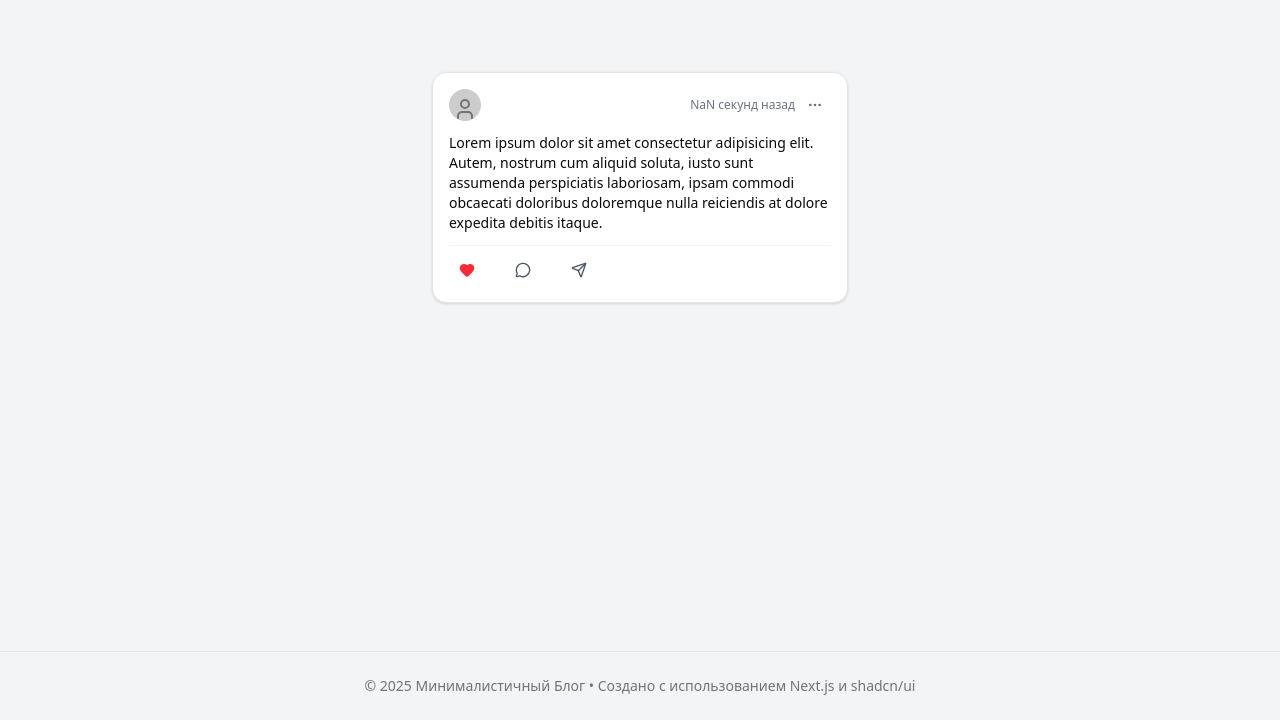
Repository: maxempolk/Telegram-channel
Page: /
An editor plug-in stored every save of this project. The page is shown before and after the next save, followed by the edit.
The browser window is 1280 px wide. The pictures show the whole page.
The project was rebuilt for these pictures with package versions that can differ from the ones it lists, and the page was loaded fresh each time. The framework's server and built-in components were replaced by stand-ins that run in the browser. Also part of the build but not shown: next.config.ts.

Above is the page before, as saved 2025-03-09 01:34:02.

### src/app/layout.tsx
import type { Metadata } from 'next';
import { Geist, Geist_Mono } from 'next/font/google';
import '@/app/globals.css';
import Header from '@/components/header/Header';
import Footer from '@/components/footer/Footer';

const geistSans = Geist({
  variable: '--font-geist-sans',
  subsets: ['latin'],
});

const geistMono = Geist_Mono({
  variable: '--font-geist-mono',
  subsets: ['latin'],
});

export const metadata: Metadata = {
  title: 'Create Next App',
  description: 'Generated by create next app',
};

export default function RootLayout({
  children,
}: Readonly<{
  children: React.ReactNode;
}>) {
  return (
    <html lang="en">
      <body className={`${geistSans.variable} ${geistMono.variable} antialiased`}>
        <div className="flex flex-col w-full h-screen overflow-x-hidden">
          <Header />
          <main className="container mx-auto py-6 grow">{children}</main>
          <Footer />
        </div>
      </body>
    </html>
  );
}

### src/app/page.tsx
import Post from '@/components/post/Post';

export default function Home() {
  const fake_post = {
    id: 1,
    title: 'post1',
    content:
      'Lorem ipsum dolor sit amet consectetur adipisicing elit. Autem, nostrum cum aliquid soluta, iusto sunt assumenda perspiciatis laboriosam, ipsam commodi obcaecati doloribus doloremque nulla reiciendis at dolore expedita debitis itaque.',
    createdAt: new Date(),
    updatedAt: new Date(),
    imagesUrl: ['afsfasafs'],
    tags: [] as string[],
  };
  return (
    <>
      <Post post={fake_post} />
    </>
  );
}

### src/app/globals.css
@import 'tailwindcss';

@plugin "tailwindcss-animate";

@custom-variant dark (&:is(.dark *));

@theme inline {
  --color-background: var(--background);
  --color-foreground: var(--foreground);
  --font-sans: var(--font-geist-sans);
  --font-mono: var(--font-geist-mono);
  --color-sidebar-ring: var(--sidebar-ring);
  --color-sidebar-border: var(--sidebar-border);
  --color-sidebar-accent-foreground: var(--sidebar-accent-foreground);
  --color-sidebar-accent: var(--sidebar-accent);
  --color-sidebar-primary-foreground: var(--sidebar-primary-foreground);
  --color-sidebar-primary: var(--sidebar-primary);
  --color-sidebar-foreground: var(--sidebar-foreground);
  --color-sidebar: var(--sidebar);
  --color-chart-5: var(--chart-5);
  --color-chart-4: var(--chart-4);
  --color-chart-3: var(--chart-3);
  --color-chart-2: var(--chart-2);
  --color-chart-1: var(--chart-1);
  --color-ring: var(--ring);
  --color-input: var(--input);
  --color-border: var(--border);
  --color-destructive-foreground: var(--destructive-foreground);
  --color-destructive: var(--destructive);
  --color-accent-foreground: var(--accent-foreground);
  --color-accent: var(--accent);
  --color-muted-foreground: var(--muted-foreground);
  --color-muted: var(--muted);
  --color-secondary-foreground: var(--secondary-foreground);
  --color-secondary: var(--secondary);
  --color-primary-foreground: var(--primary-foreground);
  --color-primary: var(--primary);
  --color-popover-foreground: var(--popover-foreground);
  --color-popover: var(--popover);
  --color-card-foreground: var(--card-foreground);
  --color-card: var(--card);
  --radius-sm: calc(var(--radius) - 4px);
  --radius-md: calc(var(--radius) - 2px);
  --radius-lg: var(--radius);
  --radius-xl: calc(var(--radius) + 4px);
}

body {
  background-color: var(--background);
}

:root {
  --background: oklch(96.7% 0.0029 264.54);
  --foreground: oklch(0.145 0 0);
  --card: oklch(1 0 0);
  --card-foreground: oklch(0.145 0 0);
  --popover: oklch(1 0 0);
  --popover-foreground: oklch(0.145 0 0);
  --primary: oklch(0.205 0 0);
  --primary-foreground: oklch(0.985 0 0);
  --secondary: oklch(0.97 0 0);
  --secondary-foreground: oklch(0.205 0 0);
  --muted: oklch(0.97 0 0);
  --muted-foreground: oklch(0.556 0 0);
  --accent: oklch(0.97 0 0);
  --accent-foreground: oklch(0.205 0 0);
  --destructive: oklch(0.577 0.245 27.325);
  --destructive-foreground: oklch(0.577 0.245 27.325);
  --border: oklch(0.922 0 0);
  --input: oklch(0.922 0 0);
  --ring: oklch(0.708 0 0);
  --chart-1: oklch(0.646 0.222 41.116);
  --chart-2: oklch(0.6 0.118 184.704);
  --chart-3: oklch(0.398 0.07 227.392);
  --chart-4: oklch(0.828 0.189 84.429);
  --chart-5: oklch(0.769 0.188 70.08);
  --radius: 0.625rem;
  --sidebar: oklch(0.985 0 0);
  --sidebar-foreground: oklch(0.145 0 0);
  --sidebar-primary: oklch(0.205 0 0);
  --sidebar-primary-foreground: oklch(0.985 0 0);
  --sidebar-accent: oklch(0.97 0 0);
  --sidebar-accent-foreground: oklch(0.205 0 0);
  --sidebar-border: oklch(0.922 0 0);
  --sidebar-ring: oklch(0.708 0 0);
}

.dark {
  --background: oklch(0.145 0 0);
  --foreground: oklch(0.985 0 0);
  --card: oklch(0.145 0 0);
  --card-foreground: oklch(0.985 0 0);
  --popover: oklch(0.145 0 0);
  --popover-foreground: oklch(0.985 0 0);
  --primary: oklch(0.985 0 0);
  --primary-foreground: oklch(0.205 0 0);
  --secondary: oklch(0.269 0 0);
  --secondary-foreground: oklch(0.985 0 0);
  --muted: oklch(0.269 0 0);
  --muted-foreground: oklch(0.708 0 0);
  --accent: oklch(0.269 0 0);
  --accent-foreground: oklch(0.985 0 0);
  --destructive: oklch(0.396 0.141 25.723);
  --destructive-foreground: oklch(0.637 0.237 25.331);
  --border: oklch(0.269 0 0);
  --input: oklch(0.269 0 0);
  --ring: oklch(0.439 0 0);
  --chart-1: oklch(0.488 0.243 264.376);
  --chart-2: oklch(0.696 0.17 162.48);
  --chart-3: oklch(0.769 0.188 70.08);
  --chart-4: oklch(0.627 0.265 303.9);
  --chart-5: oklch(0.645 0.246 16.439);
  --sidebar: oklch(0.205 0 0);
  --sidebar-foreground: oklch(0.985 0 0);
  --sidebar-primary: oklch(0.488 0.243 264.376);
  --sidebar-primary-foreground: oklch(0.985 0 0);
  --sidebar-accent: oklch(0.269 0 0);
  --sidebar-accent-foreground: oklch(0.985 0 0);
  --sidebar-border: oklch(0.269 0 0);
  --sidebar-ring: oklch(0.439 0 0);
}

@layer base {
  * {
    @apply border-border outline-ring/50;
  }
  body {
    @apply bg-background text-foreground;
  }
}

### src/components/header/Header.tsx
const Header = () => {
  return (
    <header className="sticky container mx-auto py-4">
      {/* <h1 className="text-3xl font-bold tracking-tight mb-1">Teleblog</h1> */}
    </header>
  );
};

export default Header;

### src/components/footer/Footer.tsx
const Footer = () => {
  return (
    <footer className="border-t mt-12">
      <div className="container mx-auto py-6 text-center text-sm text-muted-foreground">
        © 2025 Минималистичный Блог • Создано с использованием Next.js и shadcn/ui
      </div>
    </footer>
  );
};

export default Footer;

### src/components/post/Post.tsx
import { Card, CardContent } from '@/components/ui/card';
import { Button } from '@/components/ui/button';
import { Heart, MessageCircle, Send, Bookmark, MoreHorizontal, User } from 'lucide-react';
import { FC } from 'react';
import { Post as PrismaPostType } from '@prisma/client';
import getTimeAgo from '@/utils/getTimeAgo';

interface PostProps {
  post: PrismaPostType;
}

const Post: FC<PostProps> = ({ post }) => {
  // const handleLike = (id: number) => {
  //   setPosts(
  //     posts.map(post => {
  //       if (post.id === id) {
  //         return {
  //           ...post,
  //           liked: !post.liked,
  //           likes: post.liked ? post.likes - 1 : post.likes + 1,
  //         };
  //       }
  //       return post;
  //     })
  //   );
  // };

  // const handleSave = (id: number) => {
  //   setPosts(
  //     posts.map(post => {
  //       if (post.id === id) {
  //         return { ...post, saved: !post.saved };
  //       }
  //       return post;
  //     })
  //   );
  // };

  return (
    <div className="flex flex-col gap-4 w-full max-w-md mx-auto p-4">
      <Card key={post.id}>
        <CardContent className="p-4">
          <div className="flex justify-between items-start mb-3">
            <div className="flex items-center gap-2">
              <div className="size-8 flex justify-center items-end rounded-full bg-black/20">
                <User className="text-muted-foreground size-6" />
              </div>
            </div>
            <div className="text-xs text-gray-500 flex items-center">
              {getTimeAgo(post.date)}
              <Button variant="ghost" size="icon" className="h-8 w-8 ml-1">
                <MoreHorizontal className="h-4 w-4" />
              </Button>
            </div>
          </div>

          <div className="text-sm mb-3">{post.content}</div>

          <div className="flex justify-between items-center pt-2 border-t border-gray-100">
            <div className="flex gap-4">
              <Button
                variant="ghost"
                size="sm"
                className="px-0 h-8 text-gray-600"
                // onClick={() => handleLike(post.id)}
              >
                {/* TODO: добавить проверку лайкнут ли пост */}
                <Heart className={`h-4 w-4 mr-1 ${true ? 'fill-red-500 text-red-500' : ''}`} />
                {/* <span className="text-xs">{post.likes}</span> */}
              </Button>
              <Button variant="ghost" size="sm" className="px-0 h-8 text-gray-600">
                <MessageCircle className="h-4 w-4 mr-1" />
                {/* <span className="text-xs">{post.comments}</span> */}
              </Button>
              <Button variant="ghost" size="sm" className="px-0 h-8 text-gray-600">
                <Send className="h-4 w-4" />
              </Button>
            </div>
            <Button
              variant="ghost"
              size="sm"
              className="px-0 h-8"
              // onClick={() => handleSave(post.id)}
            >
              {/* <Bookmark
                className={`h-4 w-4 ${post.saved ? 'fill-blue-500 text-blue-500' : 'text-gray-600'}`}
              /> */}
            </Button>
          </div>
        </CardContent>
      </Card>
    </div>
  );
};

export default Post;

### src/components/ui/card.tsx
import * as React from 'react';

import { cn } from '@/lib/utils';

function Card({ className, ...props }: React.ComponentProps<'div'>) {
  return (
    <div
      data-slot="card"
      className={cn(
        'bg-card text-card-foreground flex flex-col gap-6 rounded-xl border shadow-sm',
        className
      )}
      {...props}
    />
  );
}

function CardHeader({ className, ...props }: React.ComponentProps<'div'>) {
  return (
    <div
      data-slot="card-header"
      className={cn('flex flex-col gap-1.5 px-6', className)}
      {...props}
    />
  );
}

function CardTitle({ className, ...props }: React.ComponentProps<'div'>) {
  return (
    <div
      data-slot="card-title"
      className={cn('leading-none font-semibold', className)}
      {...props}
    />
  );
}

function CardDescription({ className, ...props }: React.ComponentProps<'div'>) {
  return (
    <div
      data-slot="card-description"
      className={cn('text-muted-foreground text-sm', className)}
      {...props}
    />
  );
}

function CardContent({ className, ...props }: React.ComponentProps<'div'>) {
  return <div data-slot="card-content" className={cn('px-6', className)} {...props} />;
}

function CardFooter({ className, ...props }: React.ComponentProps<'div'>) {
  return (
    <div data-slot="card-footer" className={cn('flex items-center px-6', className)} {...props} />
  );
}

export { Card, CardHeader, CardFooter, CardTitle, CardDescription, CardContent };

### src/components/ui/button.tsx
import * as React from 'react';
import { Slot } from '@radix-ui/react-slot';
import { cva, type VariantProps } from 'class-variance-authority';

import { cn } from '@/lib/utils';

const buttonVariants = cva(
  "inline-flex items-center justify-center gap-2 whitespace-nowrap rounded-md text-sm font-medium transition-[color,box-shadow] disabled:pointer-events-none disabled:opacity-50 [&_svg]:pointer-events-none [&_svg:not([class*='size-'])]:size-4 shrink-0 [&_svg]:shrink-0 outline-none focus-visible:border-ring focus-visible:ring-ring/50 focus-visible:ring-[3px] aria-invalid:ring-destructive/20 dark:aria-invalid:ring-destructive/40 aria-invalid:border-destructive",
  {
    variants: {
      variant: {
        default: 'bg-primary text-primary-foreground shadow-xs hover:bg-primary/90',
        destructive:
          'bg-destructive text-white shadow-xs hover:bg-destructive/90 focus-visible:ring-destructive/20 dark:focus-visible:ring-destructive/40',
        outline:
          'border border-input bg-background shadow-xs hover:bg-accent hover:text-accent-foreground',
        secondary: 'bg-secondary text-secondary-foreground shadow-xs hover:bg-secondary/80',
        ghost: 'hover:bg-accent hover:text-accent-foreground',
        link: 'text-primary underline-offset-4 hover:underline',
      },
      size: {
        default: 'h-9 px-4 py-2 has-[>svg]:px-3',
        sm: 'h-8 rounded-md gap-1.5 px-3 has-[>svg]:px-2.5',
        lg: 'h-10 rounded-md px-6 has-[>svg]:px-4',
        icon: 'size-9',
      },
    },
    defaultVariants: {
      variant: 'default',
      size: 'default',
    },
  }
);

function Button({
  className,
  variant,
  size,
  asChild = false,
  ...props
}: React.ComponentProps<'button'> &
  VariantProps<typeof buttonVariants> & {
    asChild?: boolean;
  }) {
  const Comp = asChild ? Slot : 'button';

  return (
    <Comp
      data-slot="button"
      className={cn(buttonVariants({ variant, size, className }))}
      {...props}
    />
  );
}

export { Button, buttonVariants };

### src/utils/getTimeAgo.ts
export default function getTimeAgo(timestamp: number) {
  const now = new Date().getTime();

  const messageTime = timestamp * 1000;

  const diff = now - messageTime;

  const seconds = Math.floor(diff / 1000);

  const minutes = Math.floor(seconds / 60);
  const hours = Math.floor(minutes / 60);
  const days = Math.floor(hours / 24);
  const months = Math.floor(days / 30.44);
  const years = Math.floor(months / 12);

  const pluralize = (number: number, one: string, few: string, many: string) => {
    if (number % 10 === 1 && number % 100 !== 11) {
      return `${number} ${one}`;
    } else if ([2, 3, 4].includes(number % 10) && ![12, 13, 14].includes(number % 100)) {
      return `${number} ${few}`;
    } else {
      return `${number} ${many}`;
    }
  };

  if (years > 0) {
    return pluralize(years, 'год', 'года', 'лет') + ' назад';
  } else if (months > 0) {
    return pluralize(months, 'месяц', 'месяца', 'месяцев') + ' назад';
  } else if (days > 0) {
    return pluralize(days, 'день', 'дня', 'дней') + ' назад';
  } else if (hours > 0) {
    return pluralize(hours, 'час', 'часа', 'часов') + ' назад';
  } else if (minutes > 0) {
    return pluralize(minutes, 'минуту', 'минуты', 'минут') + ' назад';
  } else {
    return pluralize(seconds, 'секунду', 'секунды', 'секунд') + ' назад';
  }
}

Loaded but not shown: src/lib/utils.ts (common file)

After the next save:
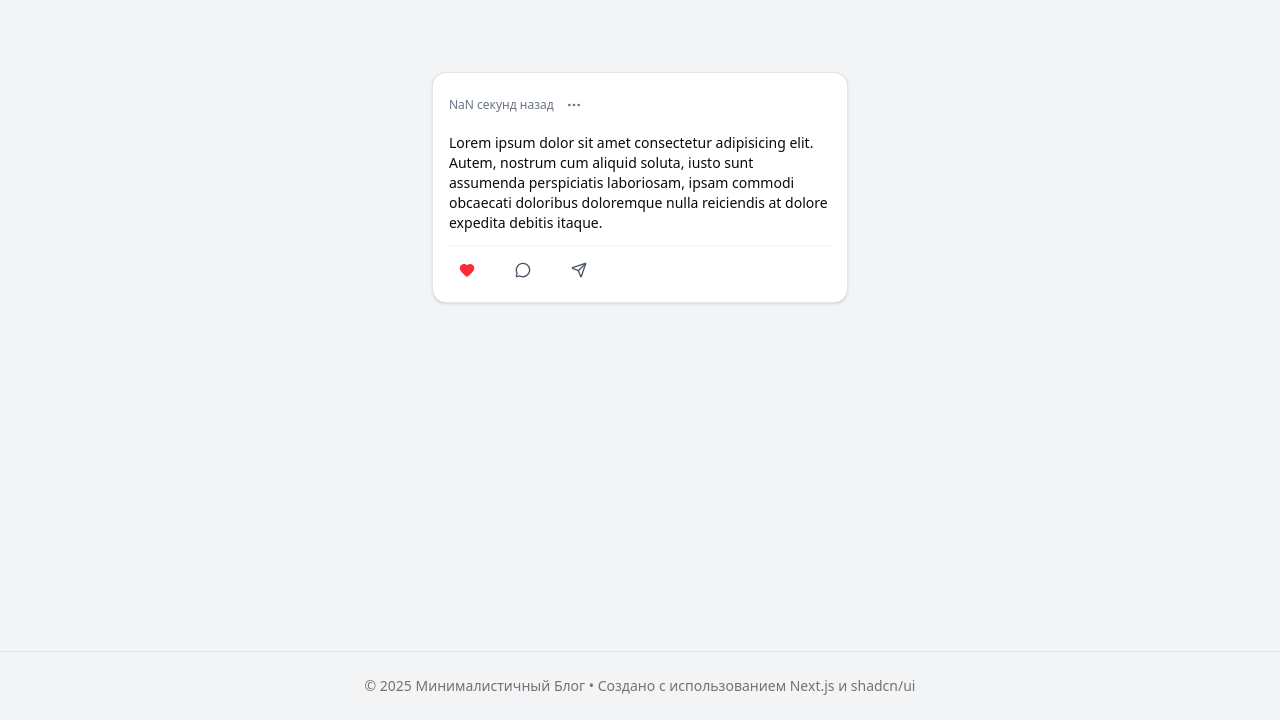
Saved 23 s later.
--- a/src/components/post/Post.tsx
+++ b/src/components/post/Post.tsx
@@ -41,11 +41,11 @@ const Post: FC<PostProps> = ({ post }) => {
       <Card key={post.id}>
         <CardContent className="p-4">
           <div className="flex justify-between items-start mb-3">
-            <div className="flex items-center gap-2">
+            {/* <div className="flex items-center gap-2">
               <div className="size-8 flex justify-center items-end rounded-full bg-black/20">
                 <User className="text-muted-foreground size-6" />
               </div>
-            </div>
+            </div> */}
             <div className="text-xs text-gray-500 flex items-center">
               {getTimeAgo(post.date)}
               <Button variant="ghost" size="icon" className="h-8 w-8 ml-1">
